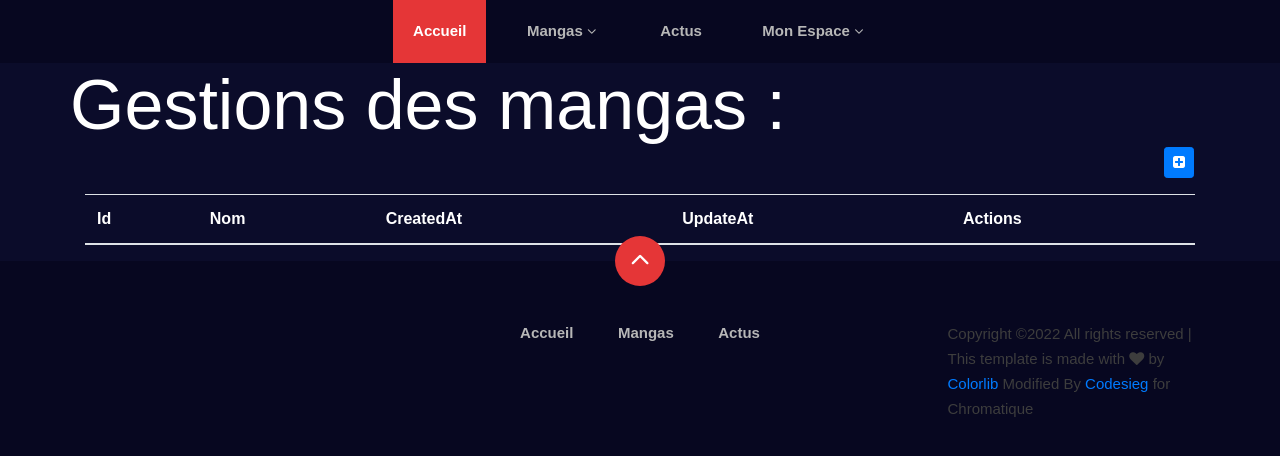
Repository: Codesieg/Chromatique
Page: chromatique/resources/views/admin/browse.blade.php
The author's editor kept a copy of each file at every save. The page is drawn from the files as they stood at one save, then again after the next save.
The browser window is 1280 px wide. The pictures show the whole page.
Some web fonts or font styles are not loaded; a fallback is used. The page is served by the project's Laravel application, run on PHP 8.4 with Laravel 8. Other server files are loaded and not shown. The template is opened directly, without the code that normally fills it, so the values that code supplies are empty.

Above is the page before, as saved 2022-04-03 16:28:03.

### chromatique/routes/web.php
<?php


use Illuminate\Support\Facades\Auth;
use Illuminate\Support\Facades\Route;
use App\Http\Controllers\PagesController;
use App\Http\Controllers\TomesController;
use App\Http\Controllers\MangasController;
use App\Http\Controllers\Auth\LoginController;
use App\Http\Controllers\Admin\AdminTomesController;
use App\Http\Controllers\Admin\AdminMangasController;


/*
|--------------------------------------------------------------------------
| Web Routes
|--------------------------------------------------------------------------
|
| Here is where you can register web routes for your application. These
| routes are loaded by the RouteServiceProvider within a group which
| contains the "web" middleware group. Now create something great!
|
*/
//-------------- Route front ----------------
// Route::get('/', [MangasController::class,'browse'])->name('browse_mangas');

Route::get(
    '/',
    [MangasController::class, 'browse']
)->name('browse_mangas');

Route::get(
    '/tome/browse/{id}',
    [TomesController::class,'browse']
)->name('browse_tomes');

Route::get(
    '/tome/page/{id}',
    [PagesController::class,'read']
)->name('browse_pages');

// Route::post(
//     '/logout',
//     [LoginController::class,'logout']
// )->name('user_logout');

//-------------- Route back-office manga ----------------

Route::get(
    '/admin',
    [AdminMangasController::class, 'browse']
)->name('admin_browse_mangas')->middleware('auth');

// Route affichant le formulaire d'ajout d'un manga
Route::get(
    '/admin/add/manga',
    [AdminMangasController::class, 'form']
)->name('admin_form_manga')->middleware('auth');

//  Route ajoutant le manga, au clique sur le formulaire
Route::post(
    '/admin/add/manga',
    [AdminMangasController::class, 'add']
)->name('admin_add_manga')->middleware('auth');

// Supprimer un manga
Route::delete(
    '/admin/delete/{id}',
    [AdminMangasController::class, 'delete']
)->name('admin_delete_manga')->middleware('auth');

//  Route qui vient scanner le dossier publique au clique sur le bouton scanner
Route::post(
    '/admin/insert',
    [AdminMangasController::class, 'insert']
)->name('admin_insert_manga')->middleware('auth');

// Permet d'afficher le forms de modification d'un manga
Route::get(
    '/admin/manga/edit/{id}',
    [AdminMangasController::class, 'form_edit']
)->name('admin_form_edit_manga')->middleware('auth');

// Permet d'enregistrer les modifications d'un manga
Route::post(
    '/admin/manga/edit/{id}',
    [AdminMangasController::class, 'edit']
)->name('admin_edit_manga')->middleware('auth');

//-------------- Route back-office tome ----------------

// On récupère l'id du manga sur cette route et on affiche le formulaire d'ajout d'un tome par rapport à ça franchise
Route::get(
    '/admin/add/tome/{id}',
    [AdminTomesController::class, 'form']
)->name('admin_form_tome')->middleware('auth');

// On ajoute un tome
Route::post(
    '/admin/add/tome',
    [AdminTomesController::class, 'add']
)->name('admin_add_tome')->middleware('auth');

// On liste tous les tomes de tous les mangas
Route::get(
    '/admin/tome/',
    [AdminTomesController::class, 'browse']
)->name('admin_browse_tomes')->middleware('auth');

// On liste tous les tomes d'un manga
Route::get(
    '/admin/tome/{id}',
    [AdminTomesController::class, 'read']
)->name('admin_read_tome')->middleware('auth');

// Permet de supprimer un tome
Route::delete(
    '/admin/delete/tome/{id}',
    [AdminTomesController::class, 'delete']
)->name('admin_delete_tome')->middleware('auth');

// Permet de modifier un tome
Route::get(
    '/admin/tome/edit/{id}',
    [AdminTomesController::class, 'edit']
)->name('admin_edit_tome')->middleware('auth');

// ---------------route d'authentification------------

Auth::routes();

### chromatique/app/Http/Controllers/Auth/ConfirmPasswordController.php
<?php

namespace App\Http\Controllers\Auth;

use App\Http\Controllers\Controller;
use App\Providers\RouteServiceProvider;
use Illuminate\Foundation\Auth\ConfirmsPasswords;

class ConfirmPasswordController extends Controller
{
    /*
    |--------------------------------------------------------------------------
    | Confirm Password Controller
    |--------------------------------------------------------------------------
    |
    | This controller is responsible for handling password confirmations and
    | uses a simple trait to include the behavior. You're free to explore
    | this trait and override any functions that require customization.
    |
    */

    use ConfirmsPasswords;

    /**
     * Where to redirect users when the intended url fails.
     *
     * @var string
     */
    protected $redirectTo = RouteServiceProvider::LOGIN;

    /**
     * Create a new controller instance.
     *
     * @return void
     */
    public function __construct()
    {
        $this->middleware('auth');
    }
}

### chromatique/resources/views/admin/browse.blade.php
@extends ('layout')

@section('contenu')

<div class="container">
    <h1 class="white"> Gestions des mangas : </h1>
    <div class="d-flex justify-content-end mb-3 px-3">
        <button type="button" class="btn btn-primary btn-sm white"><a class="text-decoration-none text-white" href="{{route('admin_form_manga')}}"><i class="fa fa-plus-square white"></i></a></button>
    </div>
    <div class="col-12">
        <table class="table">
            <thead>
            <tr>
                <th class="text-white">Id</th>
                <th class="text-white">Nom</th>
                <th class="text-white">CreatedAt</th>
                <th class="text-white">UpdateAt</th>
                <th class="text-white">Actions</th>
            </tr>
            </thead>
            <tbody>
            @foreach ($listMangas as $manga)
            <tr>
                <td class="text-white">{{$manga->id}}</td>
                <td class="text-white">{{$manga->manga_name}}</td>
                <td class="text-white">{{$manga->created_at}}</td>
                <td class="text-white">{{$manga->update_at}}</td>
                <td class="btn-actions">
                    <div class="d-flex">
                        <button type="button" class="btn btn-success btn-sm">
                            <a class="text-decoration-none text-white"  href="{{route('admin_form_edit_manga', ['id' => $manga->id]) }}" data-toggle="tooltip" data-placement="bottom" title="Modifier le manga"><i class="fa fa-edit white"></i></a>
                        </button>

                        <button type="button" class="btn btn-success btn-sm mx-2">
                            <a class="text-decoration-none text-white" href="{{route('admin_read_tome', ['id' => $manga->id]) }}" data-toggle="tooltip" data-placement="bottom" title="Voir les tomes"><i class="fa fa-eye white"></i></a>
                        </button>
                            <form action="{{route('admin_delete_manga', ['id' => $manga->id])}}" method="post">
                                <button type="submit" class="btn-trash">
                                    <i class="fa fa-trash white"></i>
                                    <input type="hidden" name="_method" value="delete" />
                                    @csrf
                                </button>
                            </form>
                    </div>
                </td>
            </tr>
            @endforeach
            </tbody>
        </table>
    </div>
</div>
@endsection

### chromatique/resources/views/layout.blade.php
<!DOCTYPE html>
<html lang="french">

<head>
    <meta charset="UTF-8">
    <meta name="description" content="Chromatique team">
    <meta name="keywords" content="Manga, unica, creative, html">
    <meta name="viewport" content="width=device-width, initial-scale=1.0">
    <meta http-equiv="X-UA-Compatible" content="ie=edge">
    <title>Chromatique</title>

    <!-- Google Font -->
    <link href="https://fonts.googleapis.com/css2?family=Oswald:wght@300;400;500;600;700&display=swap" rel="stylesheet">
    <link href="https://fonts.googleapis.com/css2?family=Mulish:wght@300;400;500;600;700;800;900&display=swap"
    rel="stylesheet">

    <!-- Css Styles -->
    <link rel="stylesheet" href=<?= asset('assets/css/bootstrap.min.css') ?> type="text/css">
    <link rel="stylesheet" href=<?= asset('assets/css/font-awesome.min.css') ?> type="text/css">
    <link rel="stylesheet" href=<?= asset('assets/css/elegant-icons.css') ?> type="text/css">
    <link rel="stylesheet" href=<?= asset('assets/css/plyr.css') ?> type="text/css">
    <link rel="stylesheet" href=<?= asset('assets/css/nice-select.css') ?> type="text/css">
    <link rel="stylesheet" href=<?= asset('assets/css/owl.carousel.min.css') ?> type="text/css">
    <link rel="stylesheet" href=<?= asset('assets/css/slicknav.min.css') ?> type="text/css">
    <link rel="stylesheet" href=<?= asset('assets/css/style.css') ?> type="text/css">
</head>
<!-- Page Preloder -->
<div id="preloder">
    <div class="loader"></div>
</div>

    <!-- Header Section Begin -->
    <header class="header">
        <div class="container">
            <div class="row">
                <div class="col-lg-2">
                    <div class="header__logo">
                        <a href="{{route('browse_mangas')}}">
                            <img src="img/logo.png" alt="">
                        </a>
                    </div>
                </div>
                <div class="col-lg-8">
                    <div class="header__nav">
                        <nav class="header__menu mobile-menu">
                            <ul>
                                <li class="active"><a href="{{route('browse_mangas')}}">Accueil</a></li>
                                <li><a>Mangas<span class="arrow_carrot-down"></span></a>
                                    <ul class="dropdown">
                                        <li><a href="">Naruto</a></li>
                                        <li><a href="">Bleach</a></li>
                                        <li><a href="">Alice in Borderland</a></li>
                                        <li><a href="">One Piece</a></li>
                                        <li><a href="">Death Note</a></li>
                                        <li><a href="">Dragon Ball</a></li>
                                    </ul>
                                </li>
                                <li><a href="">Actus</a></li>
                                {{-- <li><a href="#">Contacts</a></li> --}}
                                {{-- <a href="#" class="search-switch"><span class="icon_search"></span></a> --}}
                                <li><a>Mon Espace<span class="arrow_carrot-down"></span></a>
                                    <ul class="dropdown">
                                        @if (!Auth::check())
                                        <li><a href="{{route('login')}}">Connexion</a></li>
                                            <li><a href="{{route('register')}}">Inscription</a></li>
                                        @else
                                        <li>
                                            <a href="{{ route('logout') }}"
                                            onclick="event.preventDefault();
                                                                document.getElementById('logout-form').submit();">
                                                {{ __('Deconnexion') }}
                                            </a>
                                            <form id="logout-form" action="{{ route('logout') }}" method="POST" style="display: none;">
                                                @csrf
                                            </form>
                                            @endif
                                        </li>

                                        @if (Auth::check())
                                        <li><a href="{{route('admin_browse_mangas')}}">Gestion Manga</a></li>
                                        <li><a href="{{route('admin_browse_tomes')}}">Gestion Tome</a></li>
                                        <li><a href="">Gestion des utilisateur</a></li>
                                        @endif
                                    </ul>
                                </li>
                            </ul>
                        </nav>
                    </div>
                </div>
            </div>
            <div id="mobile-menu-wrap"></div>
        </div>
    </header>
    <!-- Header End -->
<body>
    <!-- wrap -->
    @include('layouts/flash-message')
    <div class="wrapper">

    @yield('contenu')
    </div>


</body>
@include('layouts/footer')


<script src="https://cdn.jsdelivr.net/npm/bootstrap@5.0.0-beta3/dist/js/bootstrap.bundle.min.js" integrity="sha384-JEW9xMcG8R+pH31jmWH6WWP0WintQrMb4s7ZOdauHnUtxwoG2vI5DkLtS3qm9Ekf" crossorigin="anonymous"></script>
<!-- Js Plugins -->
<script src="<?= asset('assets/js/jquery-3.3.1.min.js') ?>"></script>
<script src="<?= asset('assets/js/bootstrap.min.js') ?>"></script>
<script src="<?= asset('assets/js/player.js') ?>"></script>
<script src="<?= asset('assets/js/jquery.nice-select.min.js') ?>"></script>
<script src="<?= asset('assets/js/mixitup.min.js') ?>"></script>
<script src="<?= asset('assets/js/jquery.slicknav.js') ?>"></script>
<script src="<?= asset('assets/js/owl.carousel.min.js') ?>"></script>
<script src="<?= asset('assets/js/main.js') ?>"></script>
</html>

### chromatique/resources/views/layouts/flash-message.blade.php
@if ($message = Session::get('success'))
<div class="alert alert-success alert-block ">
        <strong>{{ $message }}</strong>
</div>
@endif


@if ($message = Session::get('error'))
<div class="alert alert-danger alert-block ">
        <strong>{{ $message }}</strong>
</div>
@endif


@if ($message = Session::get('warning'))
<div class="alert alert-warning alert-block">
	<strong>{{ $message }}</strong>
</div>
@endif


@if ($message = Session::get('info'))
<div class="alert alert-info alert-block ">
	<strong>{{ $message }}</strong>
</div>
@endif


@if ($errors->any())
<div class="alert alert-danger ">
    Please check the form below for errors
</div>
@endif

### chromatique/resources/views/layouts/footer.blade.php
<!-- Footer Section Begin -->
<footer class="footer">
    <div class="page-up">
        <a href="#" id="scrollToTopButton"><span class="arrow_carrot-up"></span></a>
    </div>
    <div class="container">
        <div class="row">
            <div class="col-lg-3">
                <div class="footer__logo">
                    <a href="./index.html"><img src="" alt=""></a>
                </div>
            </div>
            <div class="col-lg-6">
                <div class="footer__nav">
                    <ul>
                        <li class="active"><a href="{{route('browse_mangas')}}">Accueil</a></li>
                        <li><a href="{{route('browse_mangas')}}">Mangas</a></li>
                        <li><a href="">Actus</a></li>
                    </ul>
                </div>
            </div>
            <div class="col-lg-3">
                <p><!-- Link back to Colorlib can't be removed. Template is licensed under CC BY 3.0. -->
                Copyright &copy;<script>document.write(new Date().getFullYear());</script> All rights reserved | This template is made with <i class="fa fa-heart" aria-hidden="true"></i> by <a href="https://colorlib.com" target="_blank">Colorlib</a>
                Modified By <a href="http://chromatique.codesieg.fr">Codesieg </a>for Chromatique
                <!-- Link back to Colorlib can't be removed. Template is licensed under CC BY 3.0. --></p>

            </div>
        </div>
    </div>
</footer>
<!-- Footer Section End -->

Loaded but not shown: chromatique/app/Providers/AppServiceProvider.php (common file); chromatique/app/Http/Controllers/Controller.php (common file); chromatique/public/assets/css/bootstrap.min.css (library); chromatique/public/assets/css/font-awesome.min.css (library); chromatique/public/assets/css/plyr.css (library); chromatique/public/assets/css/nice-select.css (common file); chromatique/public/assets/css/owl.carousel.min.css (library); chromatique/public/assets/css/slicknav.min.css (common file); chromatique/public/assets/js/jquery-3.3.1.min.js (library); chromatique/public/assets/js/bootstrap.min.js (library); chromatique/public/assets/js/player.js (library); chromatique/public/assets/js/jquery.nice-select.min.js (common file); chromatique/public/assets/js/mixitup.min.js (library); chromatique/public/assets/js/jquery.slicknav.js (library); chromatique/public/assets/js/owl.carousel.min.js (library); chromatique/public/assets/js/main.js (101 lines, source omitted); chromatique/public/assets/css/style.css (2403 lines, source omitted); chromatique/public/assets/css/elegant-icons.css (1157 lines, source omitted)

After the next save:
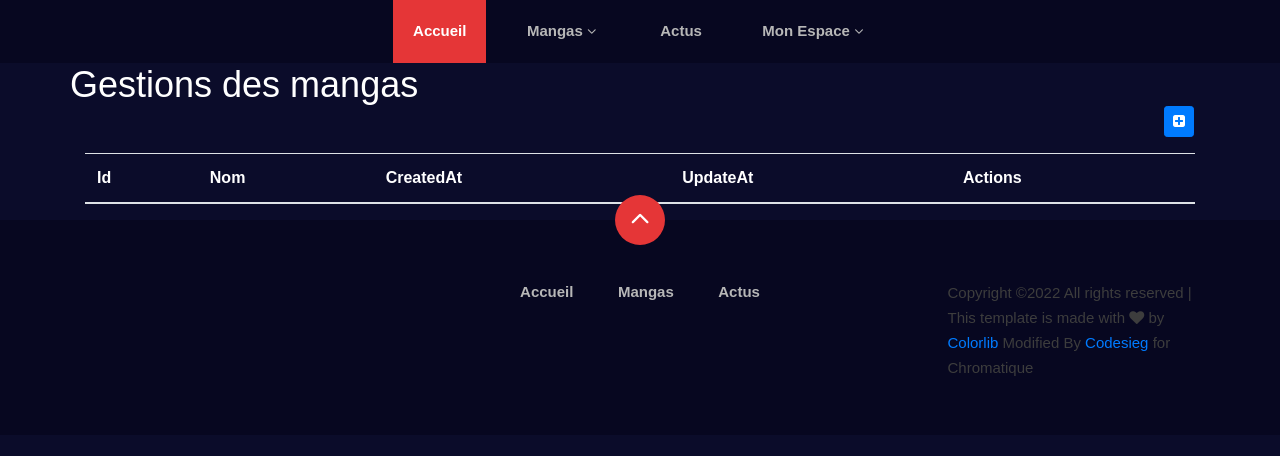
Saved 16 s later.
--- a/chromatique/resources/views/admin/browse.blade.php
+++ b/chromatique/resources/views/admin/browse.blade.php
@@ -3,7 +3,7 @@
 @section('contenu')
 
 <div class="container">
-    <h1 class="white"> Gestions des mangas : </h1>
+    <h2 class="white"> Gestions des mangas </h2>
     <div class="d-flex justify-content-end mb-3 px-3">
         <button type="button" class="btn btn-primary btn-sm white"><a class="text-decoration-none text-white" href="{{route('admin_form_manga')}}"><i class="fa fa-plus-square white"></i></a></button>
     </div>
